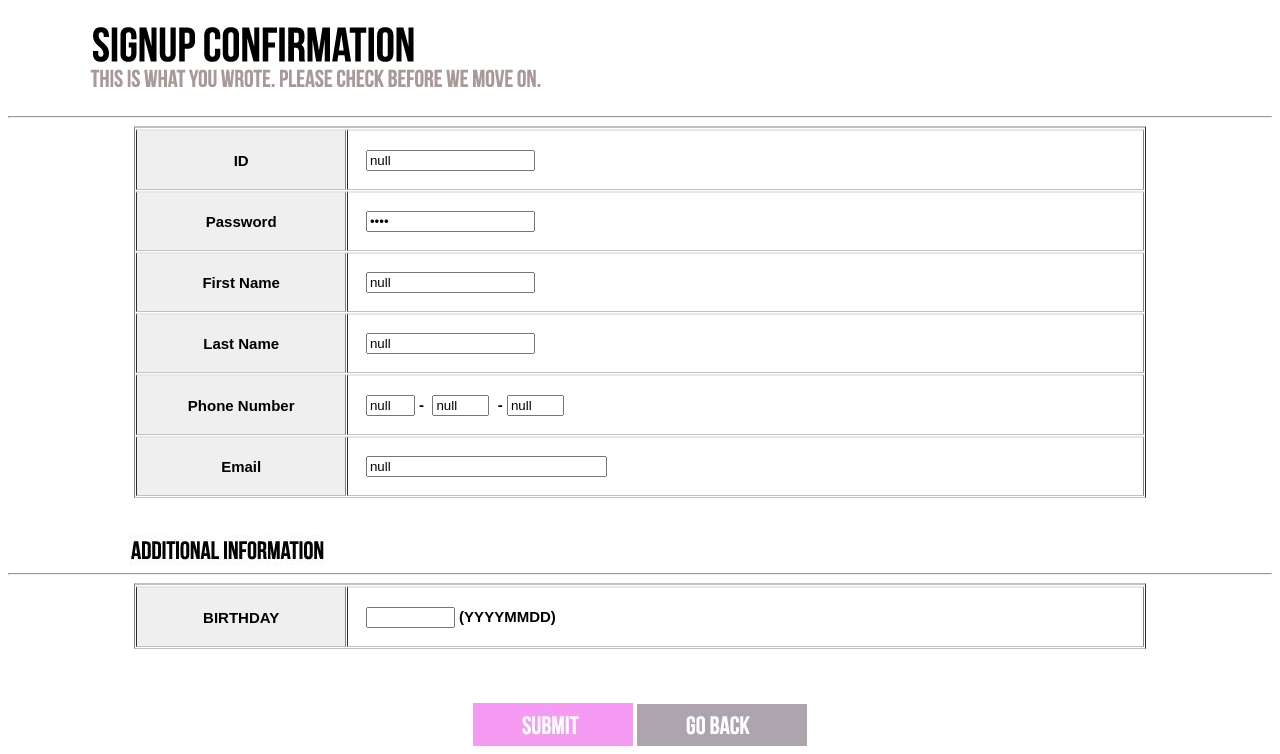
Repository: kminjoo/Making-website-using-JSP
Page: http://localhost/website_project/RegisterProc.jsp
The author's editor kept a copy of each file at every save. The page is drawn from the files as they stood at one save, then again after the next save.
The browser window is 1280 px wide. The pictures show the whole page.
The page is served by Tomcat 9. Other server files are loaded and not shown.

Above is the page before, as saved 2015-07-21 14:41:40.

### website_project/WebContent/RegisterProc.jsp
<%@ page language="java" contentType="text/html; charset=EUC-KR"
    pageEncoding="EUC-KR"%>
<% request.setCharacterEncoding("UTF-8"); %>

<jsp:useBean id="regBean" class="signUp.RegisterBean"/>
<jsp:setProperty name="regBean" property="*"/>

<!DOCTYPE html PUBLIC "-//W3C//DTD HTML 4.01 Transitional//EN" "http://www.w3.org/TR/html4/loose.dtd">
<html>
<head>
<meta http-equiv="Content-Type" content="text/html; charset=EUC-KR">
<title>Welcome to Minjoo's Website!</title>
<link href="style.css" rel="stylesheet" type="text/css">
<script language="JavaScript" src="script.js"></script>
</head>
<body>
<div>&nbsp;&nbsp;&nbsp;&nbsp;&nbsp;&nbsp;&nbsp;&nbsp;&nbsp;&nbsp;

<img src="<%=request.getContextPath() %>/images/signupconfirm.gif">
</div>
<hr>
<table border="1" cellpadding="18" cellspacing="1" width="80%" align="center">
<form name="regForm" method="post" action="MemberInsert.jsp">
	<tr>
		<td width="13%" align="center" bgcolor="#EFEFEF">ID</td>
		<td width="60%"><input type="text" name="mem_id" size="18" value =
		"<jsp:getProperty name="regBean" property="mem_id"/>">&nbsp;&nbsp;&nbsp;</td>
	</tr>
	<tr>
		<td width="13%" align="center" bgcolor="#EFEFEF">Password</td>
		<td width="60%"><input type="password" name="mem_password" size="18"
		value ="<jsp:getProperty name="regBean" property="mem_password"/>">
	</tr>
	<tr>
		<td width="13%" align="center" bgcolor="#EFEFEF">First Name</td>
		<td width="60%"><input type="text" name="mem_firstname" size="18"
		value ="<jsp:getProperty name="regBean" property="mem_firstname"/>"></td>
	</tr>
	<tr>
		<td width="13%" align="center" bgcolor="#EFEFEF">Last Name</td>
		<td width="60%"><input type="text" name="mem_lastname" size="18"
		value ="<jsp:getProperty name="regBean" property="mem_lastname"/>"></td>
	</tr>
	<tr>
		<td width="13%" align="center" bgcolor="#EFEFEF">Phone Number</td>
		<td width="30%"><input type="text" name="mem_phone1" size="3" maxlength="3"
			onKeyUp="if(this.value.length==3)regForm.mem_phone2.focus()"
			value ="<jsp:getProperty name="regBean" property="mem_phone1"/>">&nbsp;-&nbsp;
		<input type="text" name="mem_phone2" size="4" maxlength="4"
		onKeyUp="if(this.value.length==3)regForm.mem_phone3.focus()"
		value ="<jsp:getProperty name="regBean" property="mem_phone2"/>">
		&nbsp;-&nbsp;<input type="text" name="mem_phone3" size="4" maxlength="4"
		value ="<jsp:getProperty name="regBean" property="mem_phone3"/>"></td>
	</tr>
	<tr>
    <td width="13%" align="center" bgcolor="#EFEFEF">Email</td>
    <td width="60%"><input type="text" name="mem_email" size="27"
    value ="<jsp:getProperty name="regBean" property="mem_email"/>">
  </tr>
</table>
<br><br>
<div>
&nbsp;&nbsp;&nbsp;&nbsp;&nbsp;&nbsp;&nbsp;&nbsp;&nbsp;&nbsp;&nbsp;
&nbsp;&nbsp;&nbsp;&nbsp;&nbsp;&nbsp;&nbsp;&nbsp;&nbsp;&nbsp;&nbsp;
&nbsp;&nbsp;&nbsp;&nbsp;&nbsp;
<img src="<%=request.getContextPath() %>/images/additional.JPG"/></div>
<hr>
<table border="1" cellpadding="18" cellspacing="1" width="80%" align="center">
<tr>
<%
String bday = regBean.getMem_birthday();
if(bday == null)
  bday = "";
%>
		<td width="13%" align="center" bgcolor="#EFEFEF">BIRTHDAY</td>
		<td width="60%"><input type="text" name="mem_birthday" size="8" maxlength="8"
		value =<%=bday %>>
		(YYYYMMDD)</td>
</tr>
</table>

<br>
<br>
&nbsp;&nbsp;&nbsp;&nbsp;&nbsp;&nbsp;&nbsp;&nbsp;&nbsp;&nbsp;&nbsp;
<div align="center">
	<a href="#" onclick="inputCheck2(); return false;">
	<img src="<%=request.getContextPath() %>/images/submit.JPG"/></a>
	<a href="#" onclick="history.back();">
	<img src="<%=request.getContextPath() %>/images/goback.JPG"/></a>

</div>
</form>

</body>
</html>

### website_project/src/signUp/RegisterBean.java
package signUp;

public class RegisterBean {
  private String mem_id;
  private String mem_password;
  private String mem_firstname;
  private String mem_lastname;
  private String mem_phone1;
  private String mem_phone2;
  private String mem_phone3;
  private String mem_email;
  private String mem_birthday;
  public String getMem_id() {
    return mem_id;
  }
  public void setMem_id(String mem_id) {
    this.mem_id = mem_id;
  }
  public String getMem_password() {
    return mem_password;
  }
  public void setMem_password(String mem_password) {
    this.mem_password = mem_password;
  }
  public String getMem_firstname() {
    return mem_firstname;
  }
  public void setMem_firstname(String mem_firstname) {
    this.mem_firstname = mem_firstname;
  }
  public String getMem_lastname() {
    return mem_lastname;
  }
  public void setMem_lastname(String mem_lastname) {
    this.mem_lastname = mem_lastname;
  }
  public String getMem_phone1() {
    return mem_phone1;
  }
  public void setMem_phone1(String mem_phone1) {
    this.mem_phone1 = mem_phone1;
  }
  public String getMem_phone2() {
    return mem_phone2;
  }
  public void setMem_phone2(String mem_phone2) {
    this.mem_phone2 = mem_phone2;
  }
  public String getMem_phone3() {
    return mem_phone3;
  }
  public void setMem_phone3(String mem_phone3) {
    this.mem_phone3 = mem_phone3;
  }
  public String getMem_email() {
    return mem_email;
  }
  public void setMem_email(String mem_email) {
    this.mem_email = mem_email;
  }
  public String getMem_birthday() {
    return mem_birthday;
  }
  public void setMem_birthday(String mem_birthday) {
    this.mem_birthday = mem_birthday;
  }

}

### website_project/WebContent/style.css
@CHARSET "EUC-KR";

hr {
    display: block;
    margin-top: 0.5em;
    margin-bottom: 0.5em;
    margin-left: auto;
    margin-right: auto;
    border-style: inset;
    border-width: 1px;
}
div{
}
/*table {
    display: table;
    border-collapse: collpase;
    border-spacing: 0px;
    border-color: #EFEFEF;
}*/

img{vertical-align:middle;}

table{table-layout:fixed;border-top:2px solid #c0c0c0;border-bottom:1px solid #c0c0c0;}

td{border-top:2px solid #e7e7e7;color:black;line-height:140%;font-size:15px;font-family: arial;
font-weight:bold;
}

### website_project/WebContent/script.js
/**
 *
 */


function loginCheck(){
	if(document.login.mem_id.value==""){
		alert("Enter your ID.");
		document.login.mem_id.focus();
		return;
	}
	if(document.login.mem_passwd.value==""){
		alert("Enter your password.");
		document.login.mem_passwd.focus();
		return;
	}
	document.login.submit();

}

function memberReg(){
	location.href ="Register.jsp";
}
function idCheck(id){
	if(id == ""){
	alert("Enter your ID.");
	document.regForm.mem_id.focus();
	}else{
		url="IdCheck.jsp?mem_id=" + id;
		window.open(url,"post","width=300,height=150");
	}
}

function inputCheck(){
	if(document.regForm.mem_id.value==""){
		alert("Enter your ID.");
		document.regForm.mem_id.focus();
		return;
	}
	if(document.regForm.mem_password.value==""){
		alert("Enter your Password.");
		document.regForm.mem_password.focus();
		return;
	}
	if(document.regForm.mem_repasswd.value==""){
		alert("Enter your Password.");
		document.regForm.mem_repasswd.focus();
		return;
	}

	if(document.regForm.mem_password.value != document.regForm.mem_repasswd.value){
		alert("Passwords do not match.");
		document.regForm.mem_passwd.focus();
		return;
	}

	if(document.regForm.mem_firstname.value==""){
		alert("Enter your first name.");
		document.regForm.mem_firstname.focus();
		return;
	}
	if(document.regForm.mem_lastname.value==""){
		alert("Enter your last name.");
		document.regForm.mem_lastname.focus();
		return;
	}
	if(document.regForm.mem_email.value==""){
		alert("Enter your email address.");
		document.regForm.mem_email.focus();
		return;
	}
	if(document.regForm.mem_phone1.value==""){
		alert("Enter your phone number.");
		document.regForm.mem_phone1.focus();
		return;
	}
	if(document.regForm.mem_phone2.value==""){
		alert("Enter your phone number.");
		document.regForm.mem_phone2.focus();
		return;
	}
	if(document.regForm.mem_phone3.value==""){
		alert("Enter your phone number.");
		document.regForm.mem_phone3.focus();
		return;
	}

	var str = document.regForm.mem_email.value;
	var atPos = str.indexOf('@');
	var atLastPos = str.lastIndexOf('@');
	var dotPos = str.indexOf('.');
	var spacePos = str.indexOf(' ');
	var commaPos = str.indexOf(',');
	var emailSize = str.length;

	if(atPos>1 && atPos == atLastPos && dotPos > 3 && spacePos == -1 &&
			commaPos == -1 && atPos + 1 < dotPos && dotPos + 1 < emailSize );
	else{
		alert("This e-mail address is incorrectly formatted. \n\r Please try again.");
		document.regForm.mem_email.focus();
		return;
	}

	document.regForm.submit();
}

function inputCheck2(){
	if(document.regForm.mem_id.value==""){
		alert("Enter your ID.");
		document.regForm.mem_id.focus();
		return;
	}
	if(document.regForm.mem_password.value==""){
		alert("Enter your Password.");
		document.regForm.mem_password.focus();
		return;
	}

	if(document.regForm.mem_firstname.value==""){
		alert("Enter your first name.");
		document.regForm.mem_firstname.focus();
		return;
	}
	if(document.regForm.mem_lastname.value==""){
		alert("Enter your last name.");
		document.regForm.mem_lastname.focus();
		return;
	}
	if(document.regForm.mem_email.value==""){
		alert("Enter your email address.");
		document.regForm.mem_email.focus();
		return;
	}
	if(document.regForm.mem_phone1.value==""){
		alert("Enter your phone number.");
		document.regForm.mem_phone1.focus();
		return;
	}
	if(document.regForm.mem_phone2.value==""){
		alert("Enter your phone number.");
		document.regForm.mem_phone2.focus();
		return;
	}
	if(document.regForm.mem_phone3.value==""){
		alert("Enter your phone number.");
		document.regForm.mem_phone3.focus();
		return;
	}

	var str = document.regForm.mem_email.value;
	var atPos = str.indexOf('@');
	var atLastPos = str.lastIndexOf('@');
	var dotPos = str.indexOf('.');
	var spacePos = str.indexOf(' ');
	var commaPos = str.indexOf(',');
	var emailSize = str.length;

	if(atPos>1 && atPos == atLastPos && dotPos > 3 && spacePos == -1 &&
			commaPos == -1 && atPos + 1 < dotPos && dotPos + 1 < emailSize );
	else{
		alert("This e-mail address is incorrectly formatted. \n\r Please try again.");
		document.regForm.mem_email.focus();
		return;
	}

	document.regForm.submit();
}

function win_close()
{
	self.close();
}

function searchInputCheck(sform){
	if(sform.search.value==""){
	alert("Enter what you want to search");
	sform.search.focus();
	return false;
}
	sform.submit();
}

After the next save:
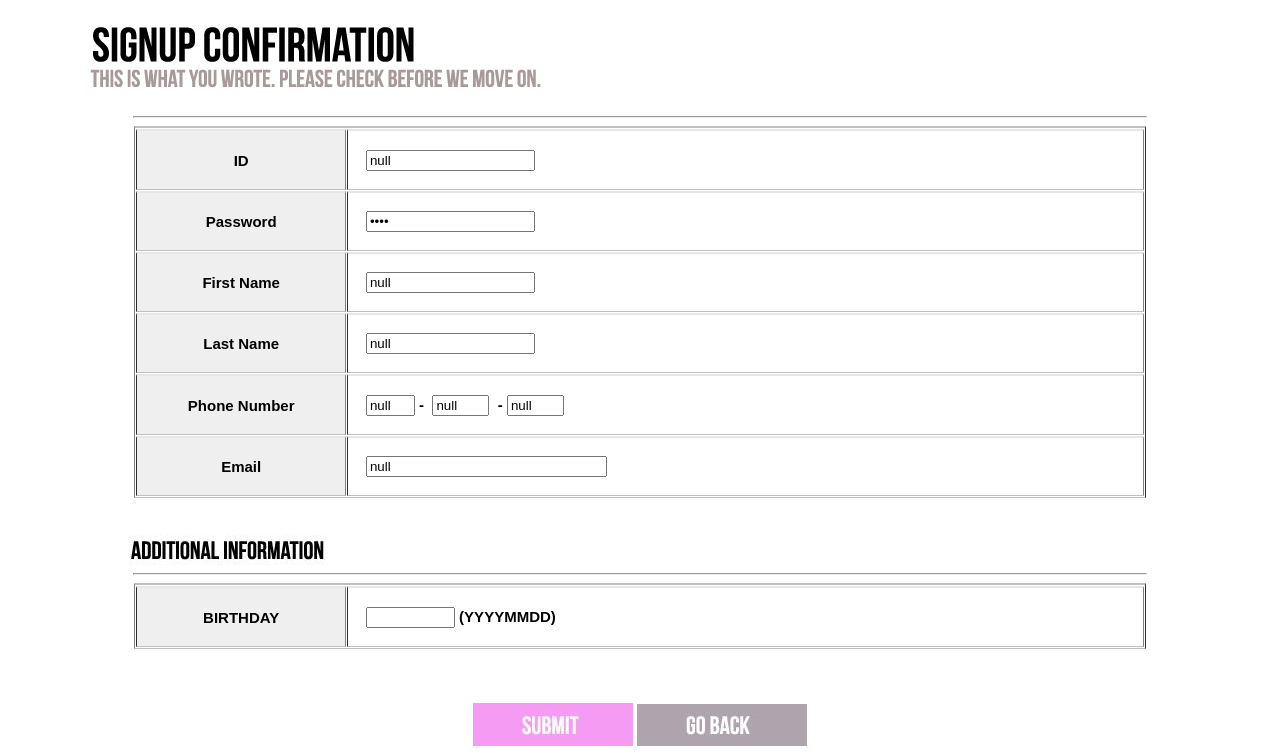
Saved 30 s later.
--- a/website_project/WebContent/style.css
+++ b/website_project/WebContent/style.css
@@ -8,15 +8,12 @@ hr {
     margin-right: auto;
     border-style: inset;
     border-width: 1px;
+    width: 80%;
 }
+
 div{
 }
-/*table {
-    display: table;
-    border-collapse: collpase;
-    border-spacing: 0px;
-    border-color: #EFEFEF;
-}*/
+
 
 img{vertical-align:middle;}
 
